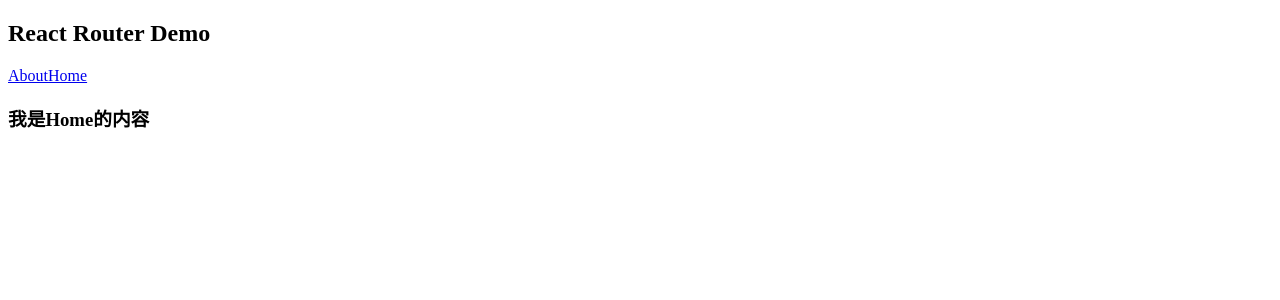
Repository: Astonishing-dreams/react-rouer5
Page: /
An editor plug-in stored every save of this project. The page is shown before and after the next save, followed by the edit.
The browser window is 1280 px wide. The pictures show the whole page.
The project was rebuilt for these pictures with package versions that can differ from the ones it lists, and the page was loaded fresh each time.

Above is the page before, as saved 2022-07-22 16:31:17.

### src/index.js
import React from 'react';
import ReactDOM from 'react-dom/client';
import { BrowserRouter } from 'react-router-dom'
import App from './App';


const root = ReactDOM.createRoot(document.getElementById('root'));
root.render(
    <BrowserRouter>
        <App />
    </BrowserRouter>
);

### src/App.jsx
import React from 'react'

export default function App() {
  return (
    <div>
      <div className="row">
        <div className="col-xs-offset-2 col-xs-8">
          <div className="page-header"><h2>React Router Demo</h2></div>
        </div>
      </div>
      <div className="row">
        <div className="col-xs-2 col-xs-offset-2">
          <div className="list-group">
            <a className="list-group-item" href="./about.html">About</a>
            <a className="list-group-item active" href="./home.html">Home</a>
          </div>
        </div>
        <div className="col-xs-6">
          <div className="panel">
            <div className="panel-body">
              <h3>我是Home的内容</h3>
            </div>
          </div>
        </div>
      </div>
    </div>
  )
}

Loaded but not shown: public/index.html (common file)

After the next save:
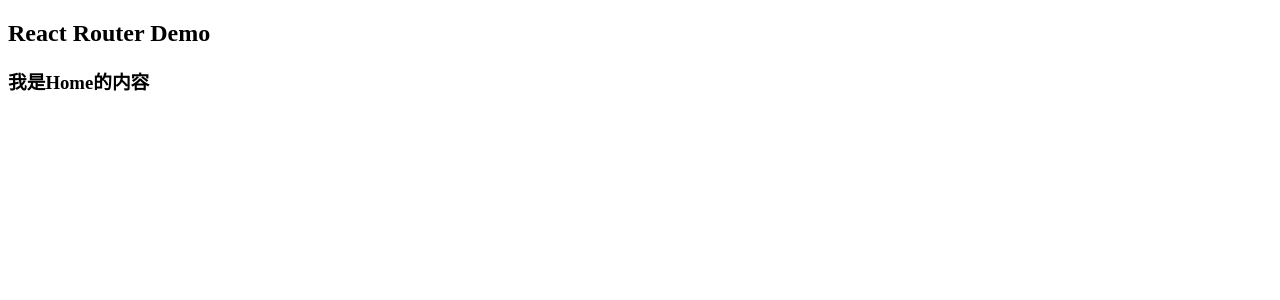
Saved 50 s later.
--- a/src/App.jsx
+++ b/src/App.jsx
@@ -11,8 +11,8 @@
       <div className="row">
         <div className="col-xs-2 col-xs-offset-2">
           <div className="list-group">
-            <a className="list-group-item" href="./about.html">About</a>
-            <a className="list-group-item active" href="./home.html">Home</a>
+            {/* <a className="list-group-item" href="./about.html">About</a>
+            <a className="list-group-item active" href="./home.html">Home</a> */}
           </div>
         </div>
         <div className="col-xs-6">

After the save that followed:
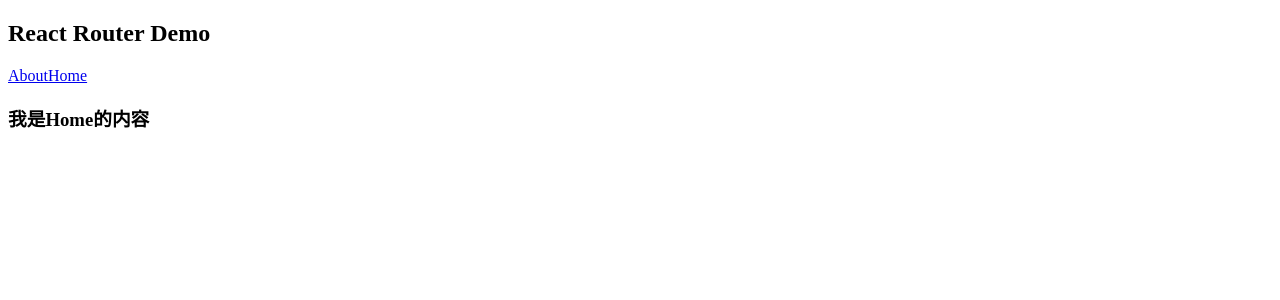
Saved 2 min 21 s later.
--- a/src/App.jsx
+++ b/src/App.jsx
@@ -1,4 +1,5 @@
 import React from 'react'
+import { Link } from 'react-router-dom'
 
 export default function App() {
   return (
@@ -13,6 +14,8 @@
           <div className="list-group">
             {/* <a className="list-group-item" href="./about.html">About</a>
             <a className="list-group-item active" href="./home.html">Home</a> */}
+            <Link className="list-group-item" to="./about.html">About</Link>
+            <Link className="list-group-item" to="./about.html">Home</Link>
           </div>
         </div>
         <div className="col-xs-6">
